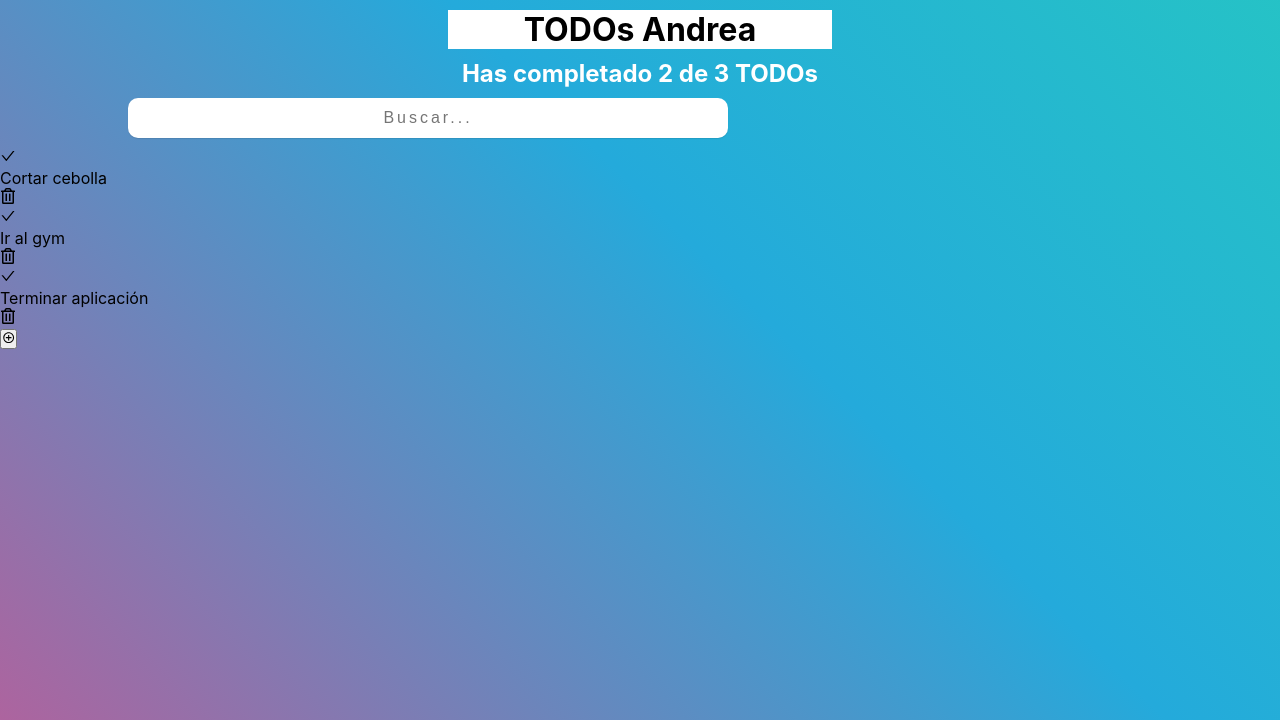
Repository: Pandrea-hub/TODOs
Page: /
An editor plug-in stored every save of this project. The page is shown before and after the next save, followed by the edit.
The browser window is 1280 px wide. The pictures show the whole page.
The project was rebuilt for these pictures with package versions that can differ from the ones it lists, and the page was loaded fresh each time. Also part of the build but not shown: src/TodoItem.css.

Above is the page before, as saved 2022-06-07 09:43:32.

### src/index.js
import React from 'react';
import ReactDOM from 'react-dom/client';
import './index.css';
import App from './App';


const root = ReactDOM.createRoot(document.getElementById('root'));
root.render(
  <App/>
);

### src/index.css
body {
  margin: 0;
  font-family: -apple-system, BlinkMacSystemFont, 'Segoe UI', 'Roboto', 'Oxygen',
    'Ubuntu', 'Cantarell', 'Fira Sans', 'Droid Sans', 'Helvetica Neue',
    sans-serif;
  -webkit-font-smoothing: antialiased;
  -moz-osx-font-smoothing: grayscale;
}

code {
  font-family: source-code-pro, Menlo, Monaco, Consolas, 'Courier New',
    monospace;
}

#root{
  width: 100%;
  height: 100%;
  position: absolute;
  background: linear-gradient(45deg,#F17C58, #E94584, #24AADB , #27DBB1,#FFDC18, #FF3706);
  background-size: 600% 100%;
  animation: gradient 16s linear infinite;
  animation-direction: alternate;
}

@keyframes gradient {
  0% {background-position: 0%}
  100% {background-position: 100%}
}

### src/App.js
import './App.css';
import React from 'react';
import { TodoCounter } from './TodoCounter';
import { TodoItem } from './TodoItem';
import { CreateTodoButton } from './CreateTodoButton';
import { TodoList } from './TodoList';
import { TodoSearch } from './TodoSearch';


const todos = [
  {text: 'Cortar cebolla',completed: false},
  {text: 'Ir al gym',completed: false},
  {text: 'Terminar aplicación',completed: false},
]


function App() {
  return (
    <React.Fragment>
      <TodoCounter />
      <TodoSearch />


      <TodoList>
        {todos.map(todo =>(
          <TodoItem key={todo.text} text={todo.text} completed={todo.completed}/>
        ))}
      </TodoList>
      <CreateTodoButton />
    </React.Fragment>

  );
}

export default App;

### src/App.css
*{
  margin: 0;
  padding: 0;
  box-sizing: border-box;
}

.App {
  text-align: center;
}


.App-logo {
  height: 40vmin;
  pointer-events: none;
}

@media (prefers-reduced-motion: no-preference) {
  .App-logo {
    animation: App-logo-spin infinite 20s linear;
  }
}

.App-header {
  background-color: #282c34;
  min-height: 100vh;
  display: flex;
  flex-direction: column;
  align-items: center;
  justify-content: center;
  font-size: calc(10px + 2vmin);
  color: white;
}

.App-link {
  color: #61dafb;
}

@keyframes App-logo-spin {
  from {
    transform: rotate(0deg);
  }
  to {
    transform: rotate(360deg);
  }
}

### src/TodoCounter.js
import React from 'react';
import './TodoCounter.css';

function TodoCounter(){
    return (
        <div className='title'>
            <h1>TODOs Andrea</h1>
            <h2 className='TodoCounter'>Has completado 2 de 3 TODOs</h2>
        </div>
    );
}

export { TodoCounter };

### src/TodoItem.js
import React from 'react';
import './TodoItem.css';
import {AiOutlineCheck} from 'react-icons/ai';
import {FaRegTrashAlt} from 'react-icons/fa';

function TodoItem(props){
    return (
        <li className='TodoItem'>
            <span className={`Icon Icon-check ${props.completed && 'Icon-check--activate' }`}>
                <AiOutlineCheck />
            </span>
            <p className={`TodoItem-p ${props.completed && 'TodoItem-p--complete'}`}>
                {props.text}
            </p>
            <span className='Icon Icon-delete'>
               <FaRegTrashAlt />
            </span>
        </li>
    );

}

export {TodoItem};

### src/CreateTodoButton.js
import React from 'react';
import {IoMdAddCircleOutline} from 'react-icons/io';

function CreateTodoButton(props){
    return(
        <button>
            <IoMdAddCircleOutline />
        </button>
    );
}

export {CreateTodoButton};

### src/TodoList.js
import React from "react";


function TodoList(props){
    return(
        <section>
            <ul>
                {props.children}
            </ul>
        </section>

    );
}


export {TodoList};

### src/TodoSearch.js
import React from 'react';
import './TodoSearch.css';

function TodoSearch(){
    return(
        <input placeholder="Buscar..." />
    );
}

export { TodoSearch};

### src/TodoCounter.css
.title{
    text-align: center;
    color:white;
}

.title h1{
    color:black;
    background-color:white;
    width: 30%;
    margin: 10px auto;
}

@media screen and (max-width:800px) {
    .title h1{
        width: 50%;
    }
}

### src/TodoSearch.css
input {
    outline: none;
    width: 80%;
    height: 40px;
    margin: 10px 10%;
    text-align: center;
    letter-spacing: 3px;
    font-size: 16px;
    border:none;
    border-radius: 10px;
    box-shadow: 0 1px 1px 0 rgb(0 0 0 / 10%);
    max-width: 600px;
}

Loaded but not shown: public/index.html (common file)

After the next save:
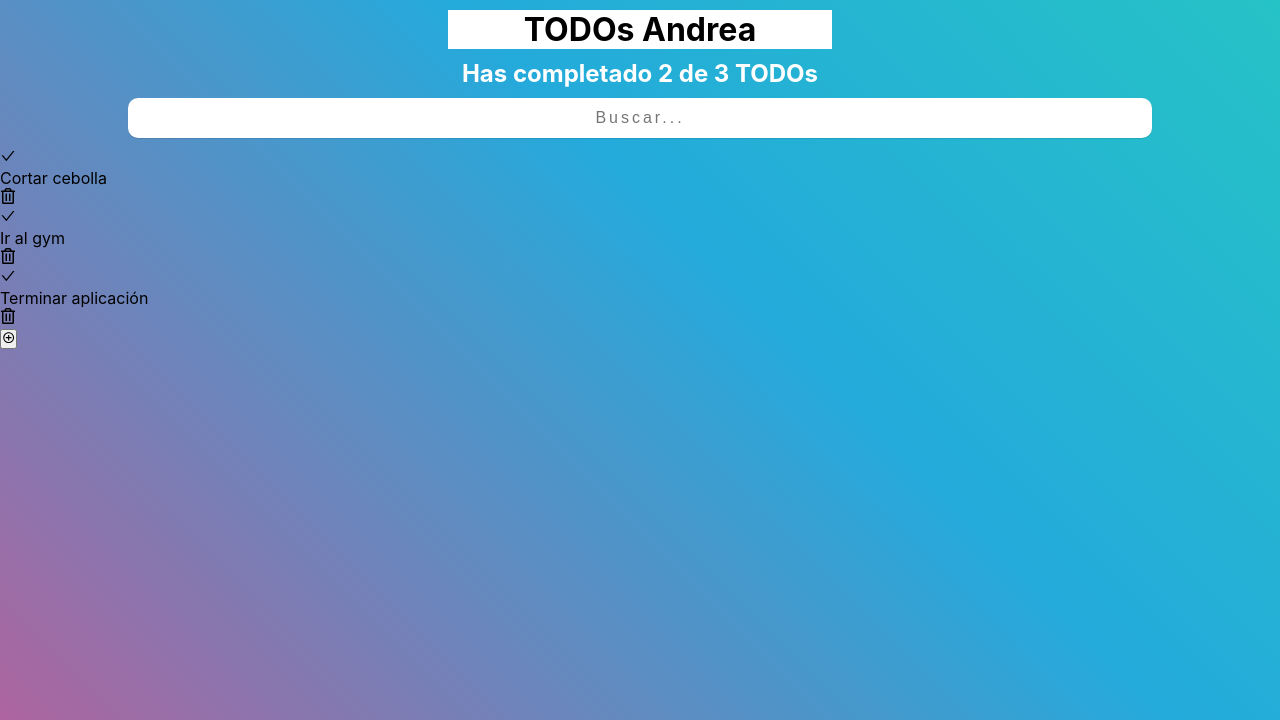
Saved 30 s later.
--- a/src/TodoSearch.css
+++ b/src/TodoSearch.css
@@ -9,5 +9,5 @@ input {
     border:none;
     border-radius: 10px;
     box-shadow: 0 1px 1px 0 rgb(0 0 0 / 10%);
-    max-width: 600px;
+
 }
